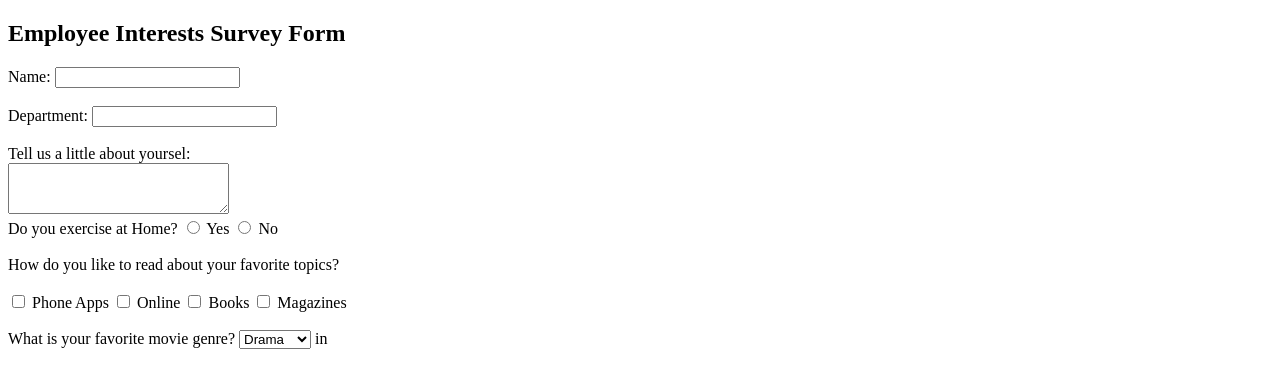
Repository: JoaoLemesDEV/Exercise-Survey-Form
Page: index.html
An editor plug-in stored every save of this project. The page is shown before and after the next save, followed by the edit.
The browser window is 1280 px wide. The pictures show the whole page.

Above is the page before, as saved 2021-10-10 18:35:51.

After the next save:
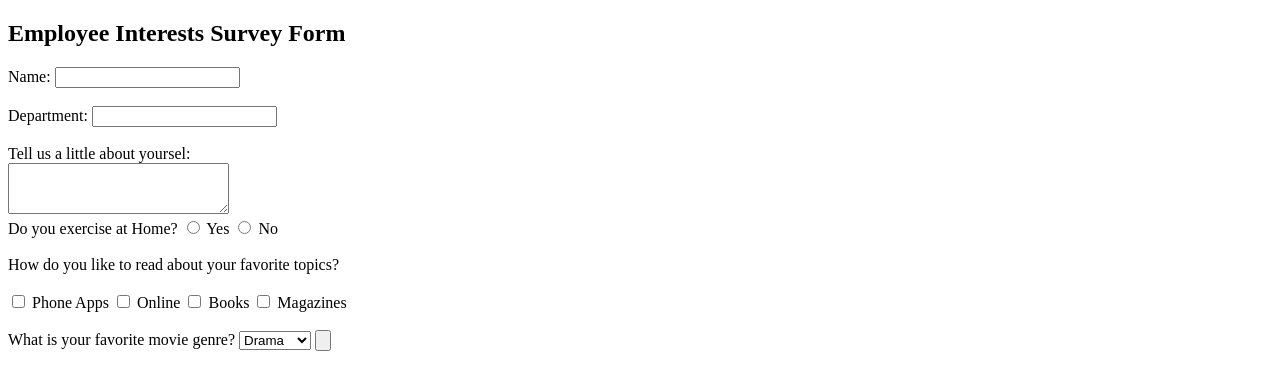
Saved 11 s later.
--- a/index.html
+++ b/index.html
@@ -38,7 +38,7 @@
         <option value="">Horror</option>
         <option value="">Action</option>
       </select>
-      in
+      <input type="submit" value="">
     </form>
   </body>
 </html>
